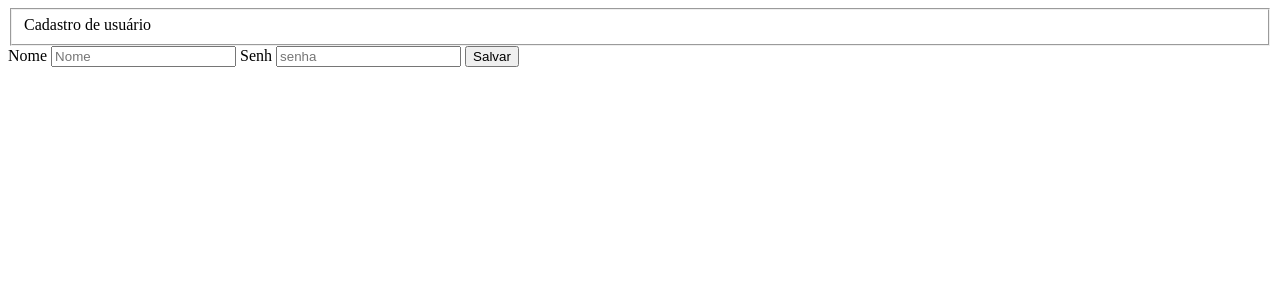
Repository: waanvieira/f21-jdbc-f21-jdbc-exer
Page: curso_java_web1/src/main/webapp/FormCadastroUser.html
An editor plug-in stored every save of this project. The page is shown before and after the next save, followed by the edit.
The browser window is 1280 px wide. The pictures show the whole page.

Above is the page before, as saved 2019-02-18 21:17:25.

### curso_java_web1/src/main/webapp/FormCadastroUser.html
<!DOCTYPE html>
<html>
<head>
<meta charset="ISO-8859-1">
<script src="js/autenticacao.js"></script>
<title>Insert title here</title>
<script src="js/autenticacao.js"></script>
</head>
<body>
<form id=form1 action="FormCadastroUser_exe" >
<fieldset>Cadastro de usuário</fieldset>
<label>Nome</label>
<input type=type name=nome id=nome placeholder="Nome">
<label>Senh</label>
<input type="password" name=nome id=senha placeholder="senha">
<input type="button" onclick="mostraArray()" value="Salvar">
<script type="text/javascript">
function mostraArray(){
	var cars = ["Uno","Gol","Monza","Tempra","Parati"];
	for( i = 0; i < cars.length; i++){

		alert(cars[i]);
	}
	alert("O numero de carros é: " + cars.count);
}
</script>

</form>
</body>
</html>

### curso_java_web1/src/main/webapp/js/autenticacao.js

//funções da pagina index
function mundo(){
	var a = document.getElementById("variavel").value;
	if(document.getElementById("variavel").value == ""){
		alert("Digite um nome");
		return false;
	}
	else alert(a);
}

function calcular(){
	var n1 = document.getElementById("n1").value;
	var n2 = document.getElementById("n2").value;

	var resultado = parseInt(n1) + parseInt(n2);
	alert("O resultado é " + resultado);
}

CalculoFinanceiro = function(){}
//criacao de método
/*CalculoFinanceiro.prototype.calculoPorgentagem = function() {
	var v1 = document.getElementById("v1").value;
	var p = document.getElementById("p").value;

	resultado = (v1 * p)/100;
	aler("Resultado é: " + resultado)
	return resultado;
}
//Instanciando o objeto
cf = new CalculoFinanceiro()
f = cf.calculoPorgentagem(v1, p);
//resultado
alert(resultado);
*/

//OU OUTRA FORMA
CalculoFinanceiro = function() {

	//criacao do metodo
	this.calculoPorgentagem = function(v1, p) {
		resultado = (v1 * p)/100;
		aler("Resultado é: " + resultado)
		return resultado;
	}

	this.aoClicarCalcular = function() {
		//leitura dos valores dos campos
		var v1 = document.getElementById("v1").value;
		var p = document.getElementById("p").value;

		//Invoca metodos calculo
		r = this.calculoPorgentagem(v1, p)

		//exibe mensagem de alerta
		window.alert(r);
	}
}

//instancia Objeto
cf = new CalculoFinanceiro();


function mostraArray(){
	var cars = ["Uno","Gol","Monza","Tempra","Parati"];
	for( i = 0; i < cars.length; i++){
		alert(cars[i]);
	}
	alert("O numero de carros é: " + cars.count);
}

After the next save:
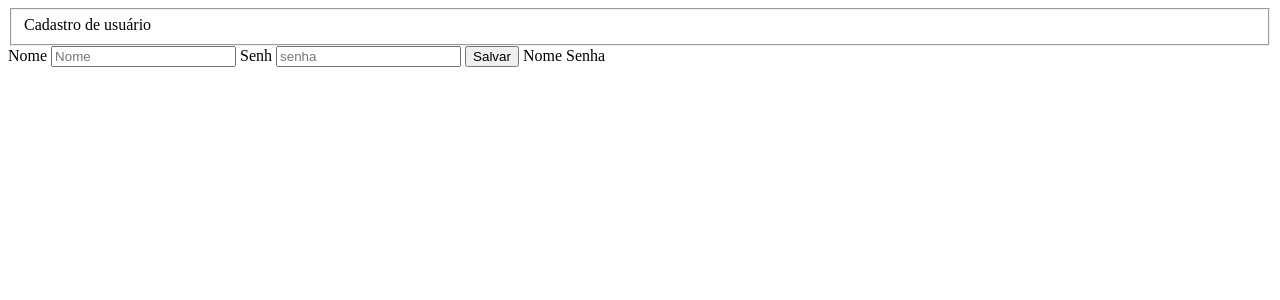
Saved 61 s later.
--- a/curso_java_web1/src/main/webapp/FormCadastroUser.html
+++ b/curso_java_web1/src/main/webapp/FormCadastroUser.html
@@ -14,6 +14,13 @@
 <label>Senh</label>
 <input type="password" name=nome id=senha placeholder="senha">
 <input type="button" onclick="mostraArray()" value="Salvar">
+<tr>
+	<td>Nome</td>
+	<td>Senha</td>
+	<td></td>
+
+</tr>
+
 <script type="text/javascript">
 function mostraArray(){
 	var cars = ["Uno","Gol","Monza","Tempra","Parati"];
